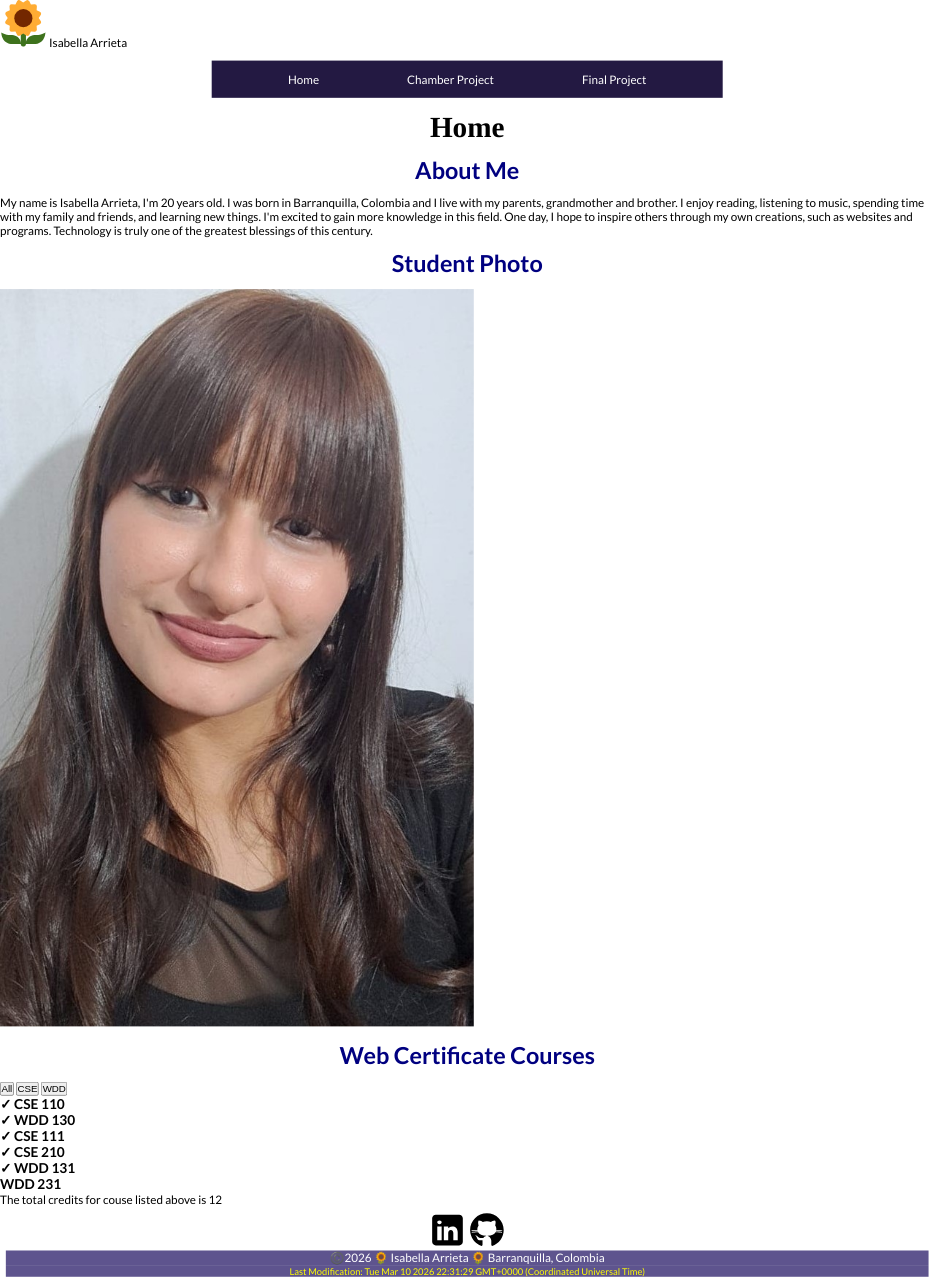
Repository: isaAJ05/wdd231
Page: index.html
These files come from the project's save history. The page is drawn as it stood at one moment and after the next save; the edit follows.
The browser window is 1280 px wide. The pictures show the whole page, at 73% of full size.
Some web fonts or font styles are not loaded; a fallback is used.

Above is the page before, as saved 2026-03-10 23:21:16.

After the next save:
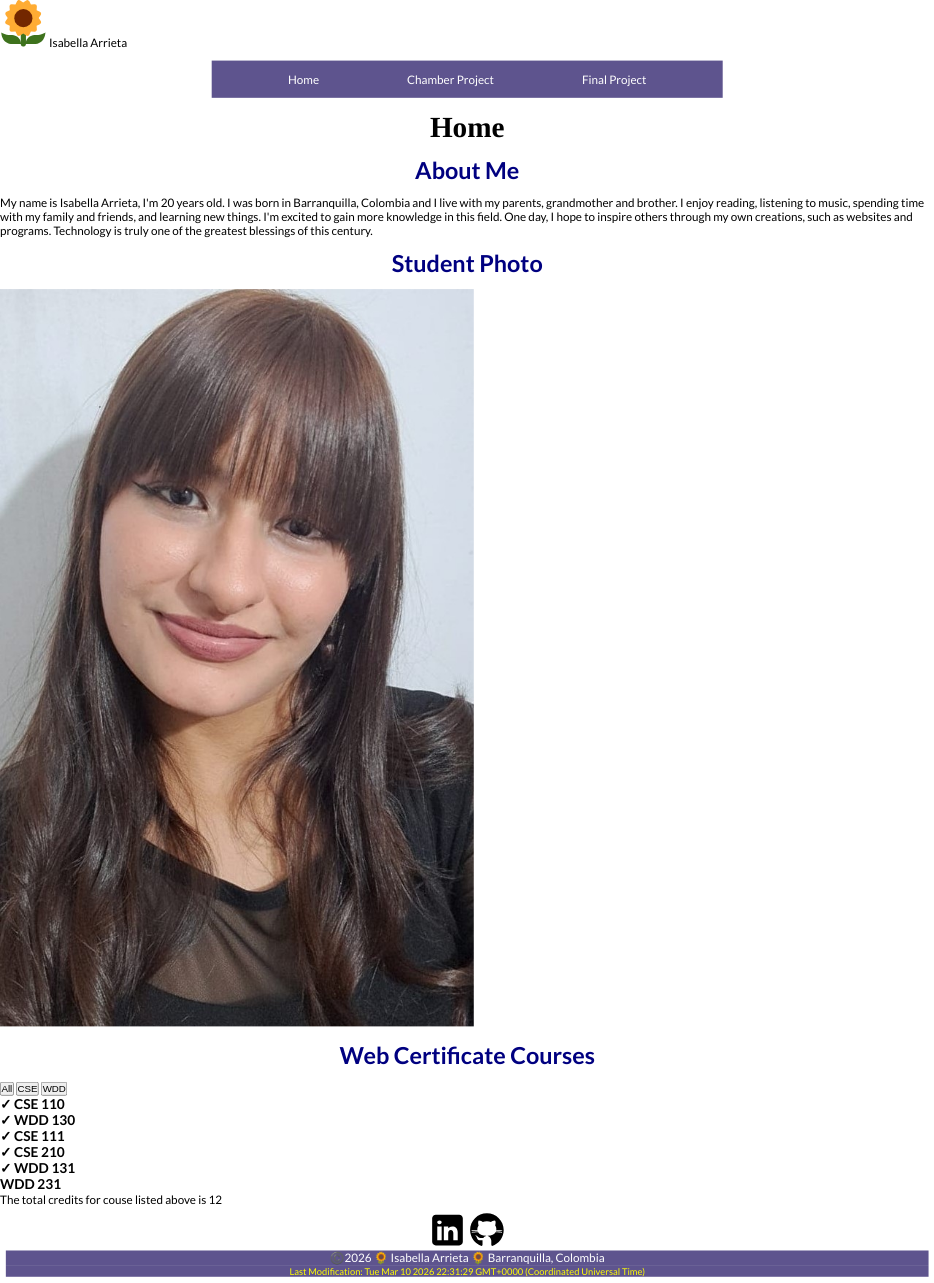
Saved 15 s later.
--- a/styles/normalize.css
+++ b/styles/normalize.css
@@ -56,7 +56,7 @@ nav {
 	flex-direction: column;
 	justify-content: space-evenly;
 	list-style: none;
-	background-color: var(--primary-color);
+	background-color: var(--secondary-color);
 	color: #fff;
 }
 
